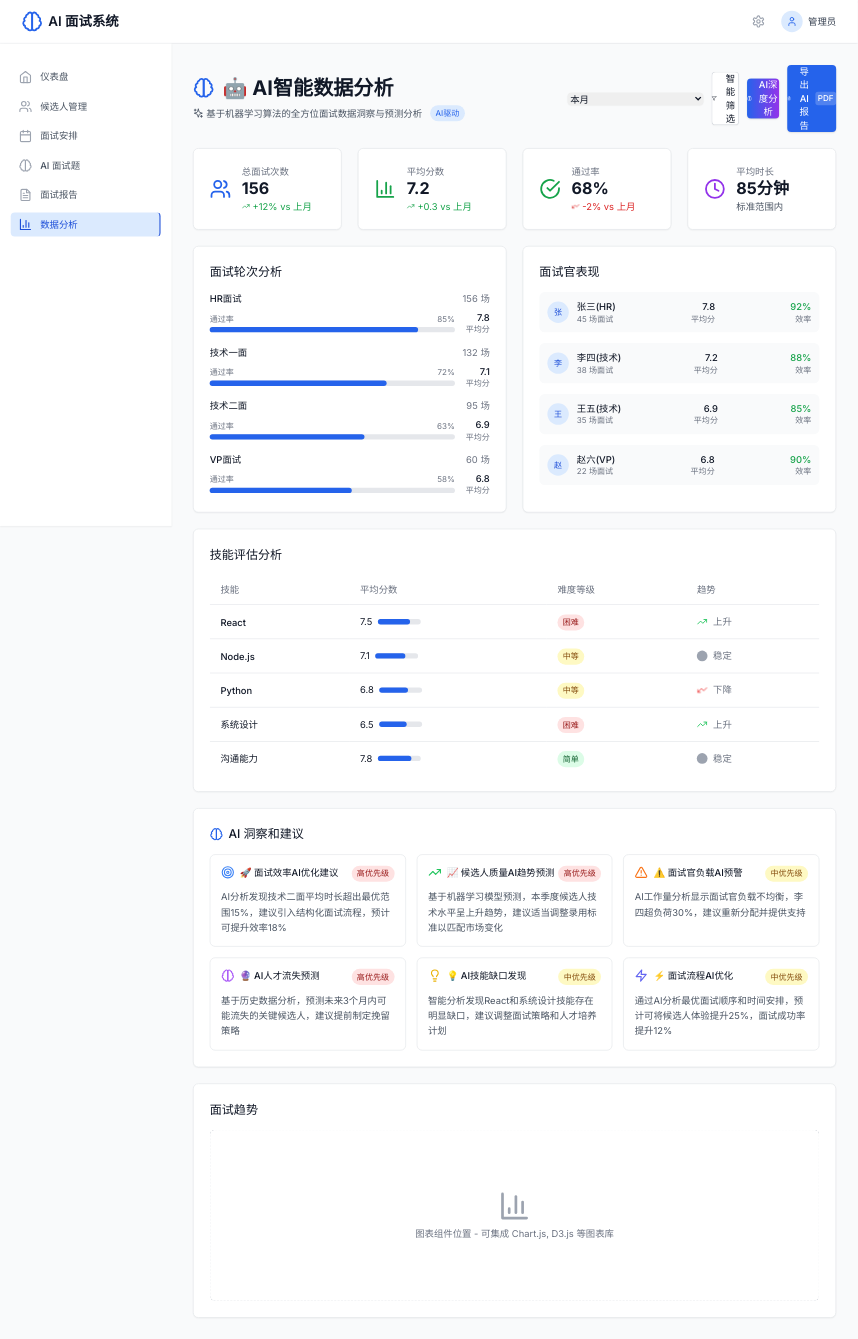
Repository: OisCircle/ai-day
Page: /analysis
An editor plug-in stored every save of this project. The page is shown before and after the next save, followed by the edit.
The browser window is 1280 px wide. The pictures show the whole page, at 67% of full size.
The project was rebuilt for these pictures with package versions that can differ from the ones it lists, and the page was loaded fresh each time. Also part of the build but not shown: vite.config.ts, src/pages/AIInterviewQuestions.tsx, src/pages/CandidateManagement.tsx, src/components/AIAssistant.tsx, src/components/DataVisualization.tsx, src/pages/Dashboard.tsx, src/pages/InterviewConducting.tsx, src/pages/InterviewReports.tsx and 1 more.

Above is the page before, as saved 2025-08-20 16:12:34.

After the next save:
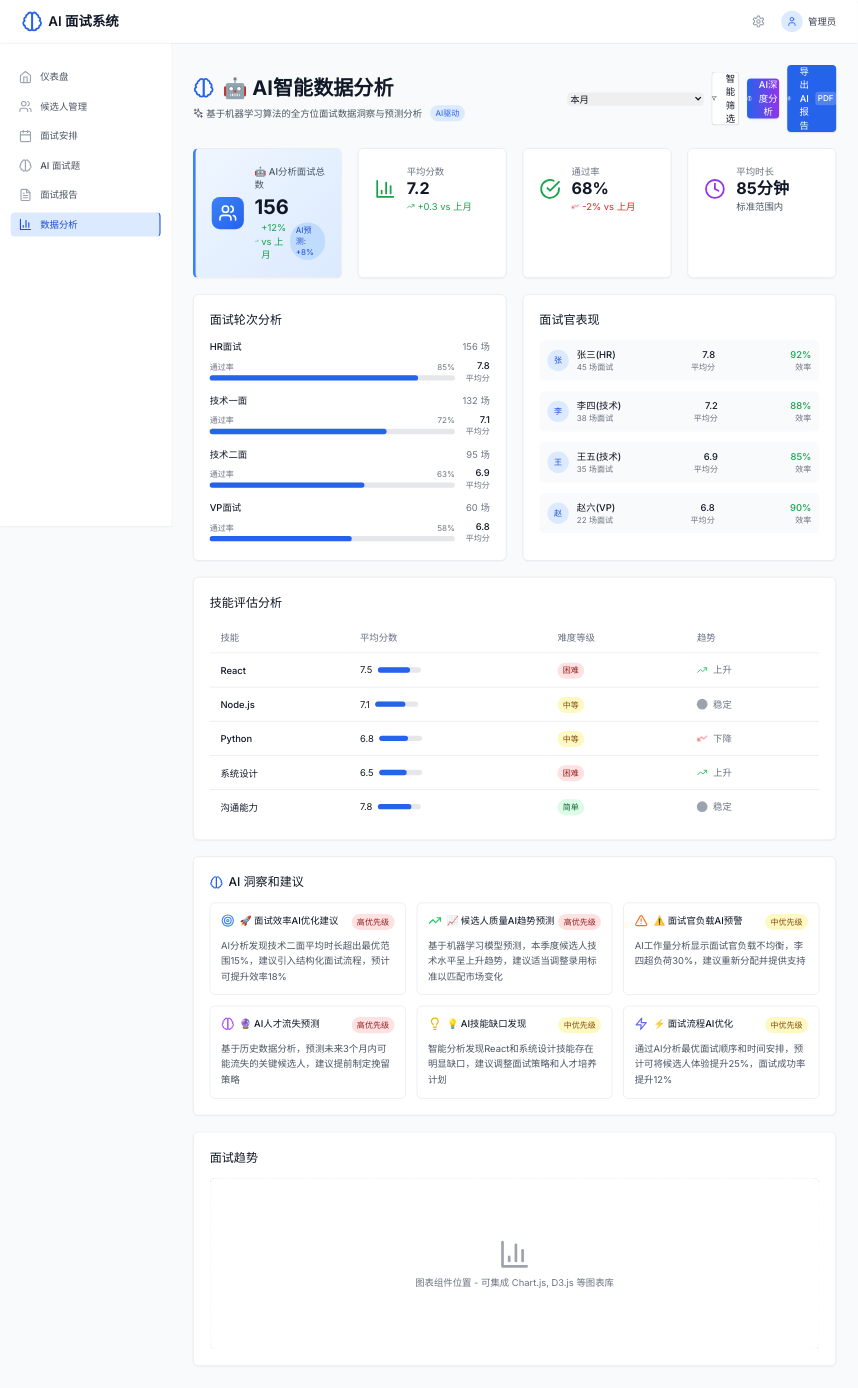
Saved 7 s later.
--- a/src/pages/InterviewAnalysis.tsx
+++ b/src/pages/InterviewAnalysis.tsx
@@ -317,22 +317,29 @@ const InterviewAnalysis: React.FC = () => {
         </div>
       </div>
 
-      {/* 关键指标 */}
+      {/* AI增强关键指标 */}
       <div className="grid grid-cols-1 md:grid-cols-4 gap-6">
-        <div className="card p-6">
+        <div className="card p-6 bg-gradient-to-br from-blue-50 to-blue-100 border-l-4 border-l-blue-500">
           <div className="flex items-center">
             <div className="flex-shrink-0">
-              <Users className="h-8 w-8 text-blue-600" />
+              <div className="w-12 h-12 bg-gradient-to-br from-blue-500 to-blue-600 rounded-xl flex items-center justify-center">
+                <Users className="h-7 w-7 text-white" />
+              </div>
             </div>
             <div className="ml-4">
-              <p className="text-sm font-medium text-gray-500">总面试次数</p>
-              <p className="text-2xl font-bold text-gray-900">
+              <p className="text-sm font-medium text-gray-600 mb-1">🤖 AI分析面试总数</p>
+              <p className="text-3xl font-bold text-gray-900 mb-1">
                 {analysisData.summary.totalInterviews}
               </p>
-              <p className="text-sm text-green-600 flex items-center">
-                <TrendingUp className="h-3 w-3 mr-1" />
-                +12% vs 上月
-              </p>
+              <div className="flex items-center justify-between">
+                <p className="text-sm text-green-600 flex items-center">
+                  <TrendingUp className="h-3 w-3 mr-1" />
+                  +12% vs 上月
+                </p>
+                <div className="text-xs bg-blue-200 text-blue-700 px-2 py-1 rounded-full">
+                  AI预测: +8%
+                </div>
+              </div>
             </div>
           </div>
         </div>
